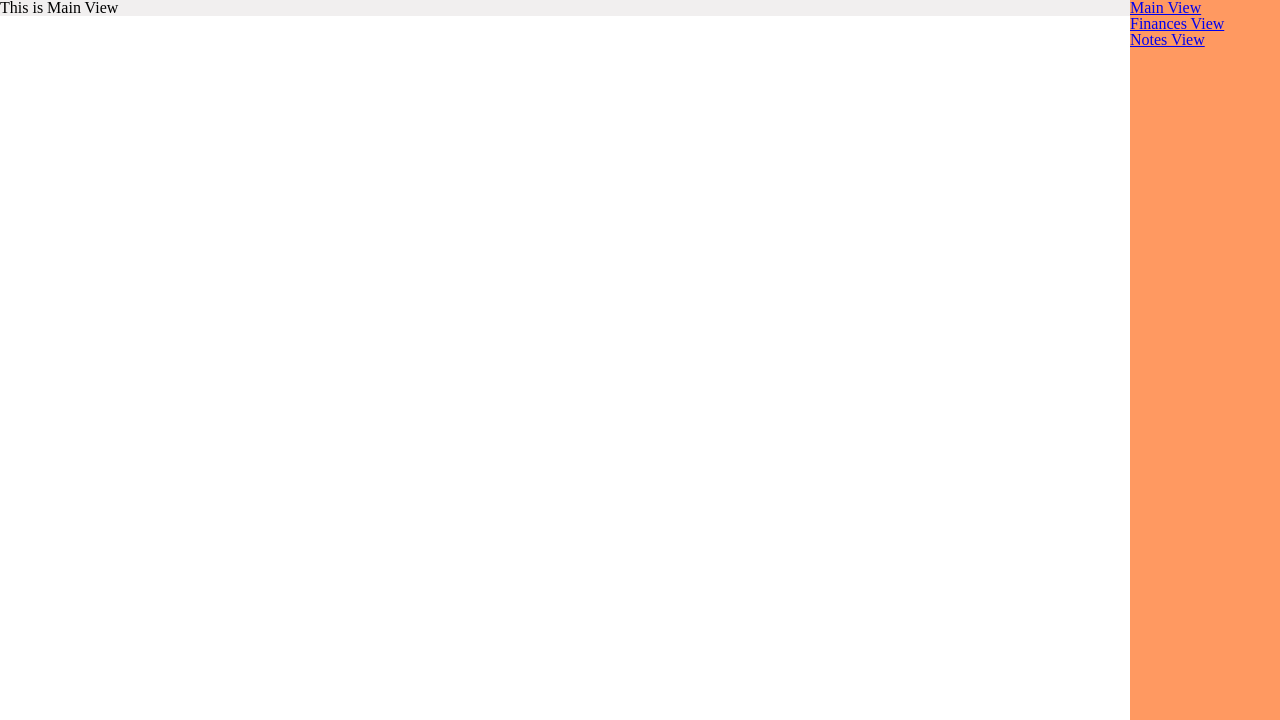
Repository: kryban93/Organiser-App
Page: /
The author's editor kept a copy of each file at every save. The page is drawn from the files as they stood at one save, then again after the next save.
The browser window is 1280 px wide. The pictures show the whole page.
The project was rebuilt for these pictures with package versions that can differ from the ones it lists, and the page was loaded fresh each time. Also part of the build but not shown: src/index.css, src/Components/FinancesView/FinancesView.module.scss, src/Components/FinancesView/FinancesView.js, src/Components/NotesView/NotesView.scss, src/Components/Note/Note.scss, src/Components/Note/Note.js, src/Components/NotesView/NotesView.js.

Above is the page before, as saved 2020-10-13 19:21:53.

After the next save:
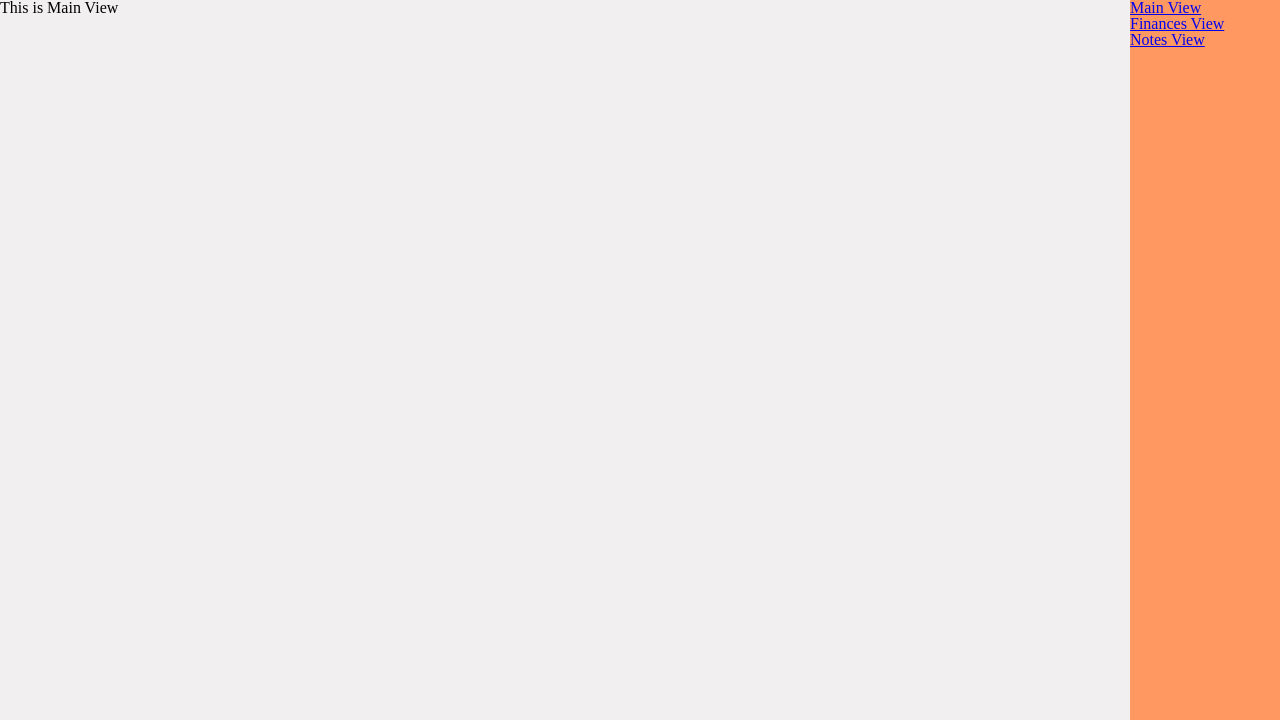
Saved 86 s later.
--- a/src/App.scss
+++ b/src/App.scss
@@ -3,5 +3,5 @@
 .main {
   margin-right: 150px;
   background-color: #f1efef;
-  height: 100%;
+  min-height: 100vh;
 }
